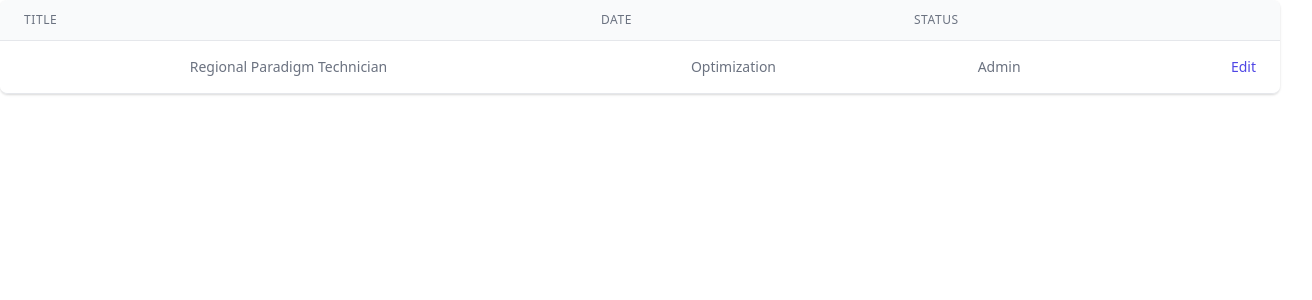
Repository: maikeru-desu/parking-lot
Page: / (app in parking-lot-fe/)
An editor plug-in stored every save of this project. The page is shown before and after the next save, followed by the edit.
The browser window is 1280 px wide. The page is 1312 px wide, so the pictures cover 1312 px, including what lies to the right of the window. The pictures show the whole page.
The project was rebuilt for these pictures with package versions that can differ from the ones it lists, and the page was loaded fresh each time. Also part of the build but not shown: parking-lot-fe/craco.config.js.

Above is the page before, as saved 2021-10-13 23:34:33.

After the next save:
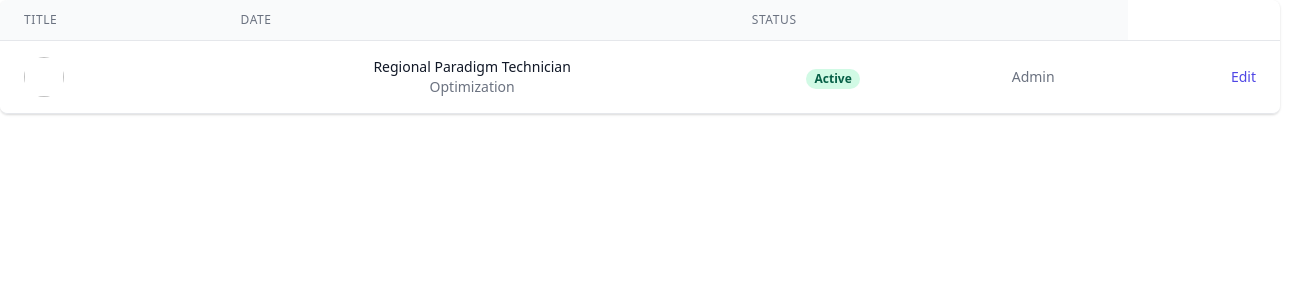
Saved 27 s later.
--- a/parking-lot-fe/src/pages/Home.js
+++ b/parking-lot-fe/src/pages/Home.js
@@ -4,7 +4,8 @@ const people = [
     {
         title: 'Regional Paradigm Technician',
         department: 'Optimization',
-        role: 'Admin'
+        role: 'Admin',
+
     },
     // More people...
 ]
@@ -44,7 +45,7 @@ const Home = () => {
                             <tbody className="bg-white divide-y divide-gray-200">
                                 {people.map((person) => (
                                     <tr key={person.email}>
-                                        {/* <td className="px-6 py-4 whitespace-nowrap">
+                                        <td className="px-6 py-4 whitespace-nowrap">
                                             <div className="flex items-center">
                                                 <div className="flex-shrink-0 h-10 w-10">
                                                     <img className="h-10 w-10 rounded-full" src={person.image} alt="" />
@@ -58,14 +59,12 @@ const Home = () => {
                                         <td className="px-6 py-4 whitespace-nowrap">
                                             <div className="text-sm text-gray-900">{person.title}</div>
                                             <div className="text-sm text-gray-500">{person.department}</div>
-                                        </td> */}
-                                        {/* <td className="px-6 py-4 whitespace-nowrap">
+                                        </td>
+                                        <td className="px-6 py-4 whitespace-nowrap">
                                             <span className="px-2 inline-flex text-xs leading-5 font-semibold rounded-full bg-green-100 text-green-800">
                                                 Active
                                             </span>
-                                        </td> */}
-                                        <td className="px-6 py-4 whitespace-nowrap text-sm text-gray-500">{person.title}</td>
-                                        <td className="px-6 py-4 whitespace-nowrap text-sm text-gray-500">{person.department}</td>
+                                        </td>
                                         <td className="px-6 py-4 whitespace-nowrap text-sm text-gray-500">{person.role}</td>
                                         <td className="px-6 py-4 whitespace-nowrap text-right text-sm font-medium">
                                             <a href="#" className="text-indigo-600 hover:text-indigo-900">
